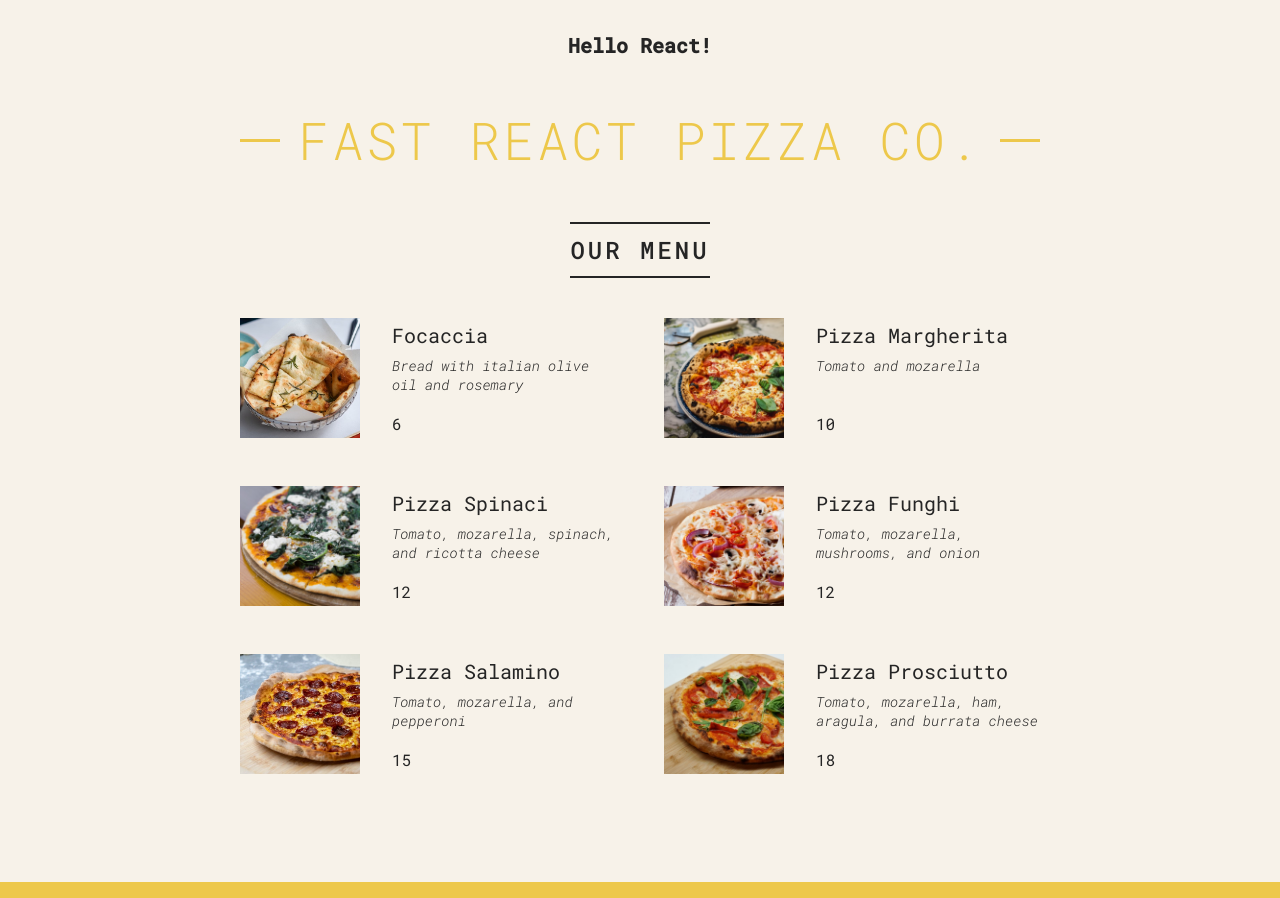
Repository: Alphosmart/03_pizza-menu
Page: /
An editor plug-in stored every save of this project. The page is shown before and after the next save, followed by the edit.
The browser window is 1280 px wide. The pictures show the whole page.
The project was rebuilt for these pictures with package versions that can differ from the ones it lists, and the page was loaded fresh each time.

Above is the page before, as saved 2024-05-31 20:44:50.

### src/index.js
import React from "react";
import ReactDOM from "react-dom/client";
import "./index.css";

const pizzaData = [
  {
    name: "Focaccia",
    ingredients: "Bread with italian olive oil and rosemary",
    price: 6,
    photoName: "pizzas/focaccia.jpg",
    soldOut: false,
  },
  {
    name: "Pizza Margherita",
    ingredients: "Tomato and mozarella",
    price: 10,
    photoName: "pizzas/margherita.jpg",
    soldOut: false,
  },
  {
    name: "Pizza Spinaci",
    ingredients: "Tomato, mozarella, spinach, and ricotta cheese",
    price: 12,
    photoName: "pizzas/spinaci.jpg",
    soldOut: false,
  },
  {
    name: "Pizza Funghi",
    ingredients: "Tomato, mozarella, mushrooms, and onion",
    price: 12,
    photoName: "pizzas/funghi.jpg",
    soldOut: false,
  },
  {
    name: "Pizza Salamino",
    ingredients: "Tomato, mozarella, and pepperoni",
    price: 15,
    photoName: "pizzas/salamino.jpg",
    soldOut: true,
  },
  {
    name: "Pizza Prosciutto",
    ingredients: "Tomato, mozarella, ham, aragula, and burrata cheese",
    price: 18,
    photoName: "pizzas/prosciutto.jpg",
    soldOut: false,
  },
];

function App() {
  return (
    <div className="container">
      <h1>Hello React!</h1>
      <Header />
      <Menu />
      <Footer />
    </div>
  );
}

function Header() {
  // const style = { color: "red", fontSize: "48px", textTransform: "Uppercase" };
  const style = {};
  return (
    <header className="header">
      <h1 style={style}>Fast React Pizza Co.</h1>
    </header>
  );
}

function Menu() {
  return (
    <main className="menu">
      <h2>Our Menu</h2>

      <ul className="pizzas">
        {pizzaData.map((pizza) => (
          <Pizza pizzaObj={pizza} key={pizza.name} />
        ))}
      </ul>
      {/* <Pizza
        name="Pizza Spinaci"
        ingredients="Tomato, mozarella, spinach, and ricotta cheese"
        photoName="pizzas/spinaci.jpg"
        price={10}
      />
      <Pizza
        name="Pizza Funghi"
        ingredients="Tomato, mushrooms"
        price={12}
        photoName="pizzas/funghi.jpg"
      /> */}
    </main>
  );
}

function Pizza(props) {
  console.log(props);
  return (
    <li className="pizza">
      <img src={props.pizzaObj.photoName} alt={props.pizzaObj.name} />

      <div>
        <h3>{props.pizzaObj.name}</h3>
        <p>{props.pizzaObj.ingredients}</p>
        <span>{props.pizzaObj.price}</span>
      </div>
    </li>
  );
}
function Footer() {
  const hour = new Date().getHours();
  const openHour = 20;
  const closeHour = 22;
  const isOpen = hour >= openHour && hour <= closeHour;
  console.log(isOpen);
  // if (hour >= openHour && hour <= closeHour) alert("We're currently open!");
  // else alert("Sorry We're closed!");
  return (
    <footer className="footer">
      {isOpen && <p>Open</p>}
      {false}
    </footer>
  );

  // return React.createElement("footer", null, "We're currently open!");
}

// React v18
const root = ReactDOM.createRoot(document.getElementById("root"));
root.render(
  <React.StrictMode>
    <App />
  </React.StrictMode>
); // or root.render<App />);

//React before v18
// React.render(<App />, document.getElementById("root"));

Loaded but not shown: public/index.html (common file); src/index.css (common file)

After the next save:
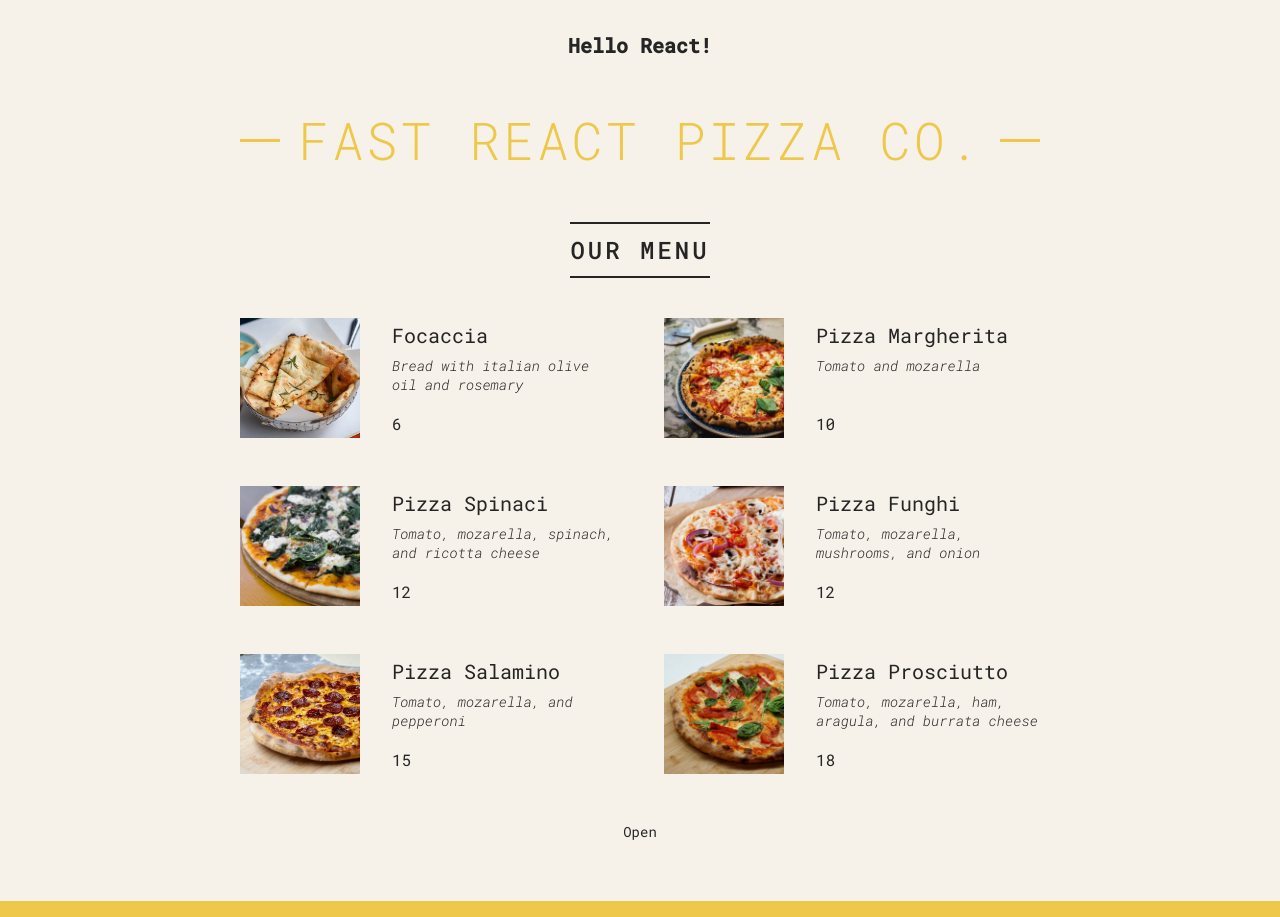
Saved 26 h 52 min later.
--- a/src/index.js
+++ b/src/index.js
@@ -110,7 +110,7 @@
 }
 function Footer() {
   const hour = new Date().getHours();
-  const openHour = 20;
+  const openHour = 12;
   const closeHour = 22;
   const isOpen = hour >= openHour && hour <= closeHour;
   console.log(isOpen);

After the save that followed:
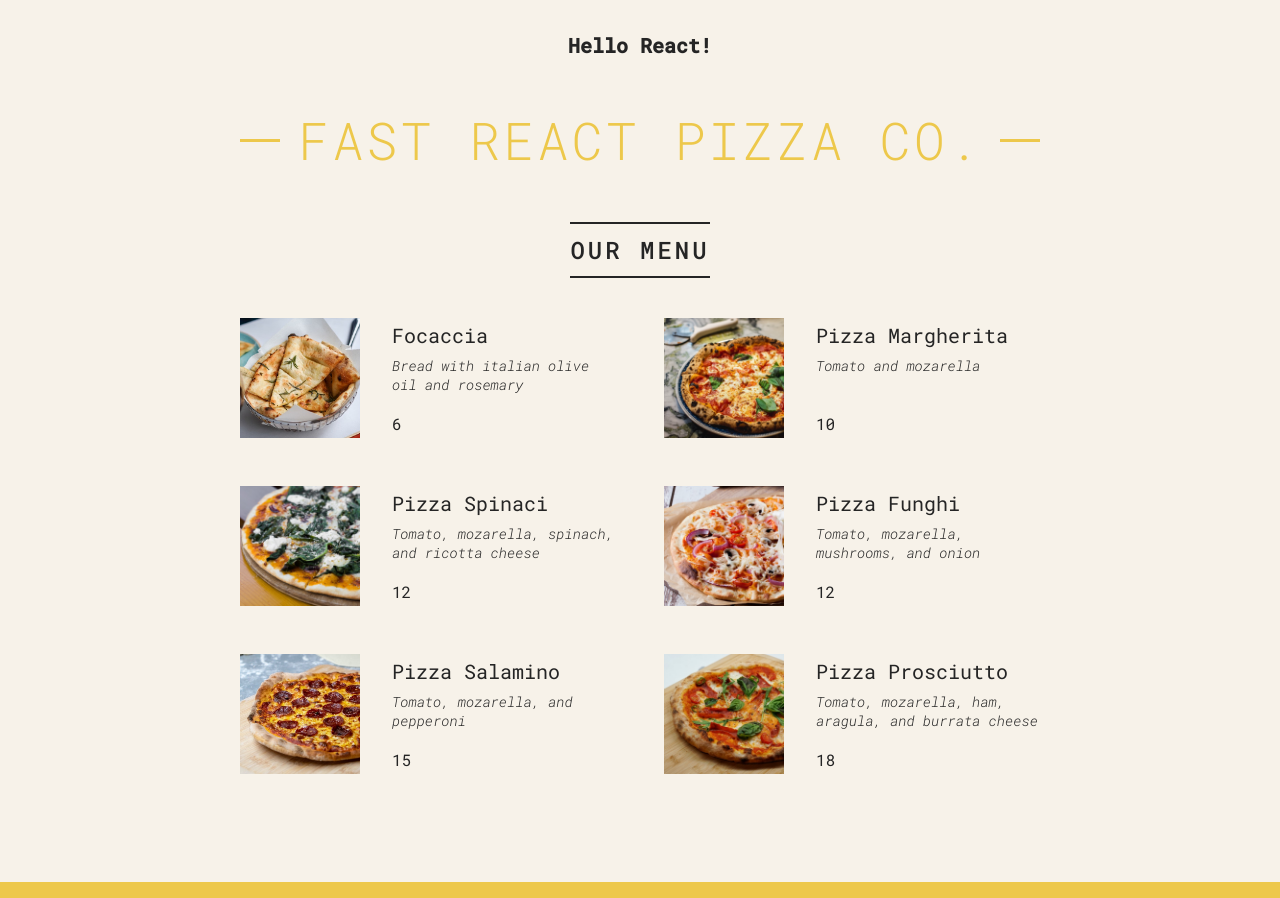
Saved 62 s later.
--- a/src/index.js
+++ b/src/index.js
@@ -110,7 +110,7 @@
 }
 function Footer() {
   const hour = new Date().getHours();
-  const openHour = 12;
+  const openHour = 20;
   const closeHour = 22;
   const isOpen = hour >= openHour && hour <= closeHour;
   console.log(isOpen);
@@ -118,7 +118,7 @@
   // else alert("Sorry We're closed!");
   return (
     <footer className="footer">
-      {isOpen && <p>Open</p>}
+      {isOpen && <p> We're open</p>}
       {false}
     </footer>
   );
